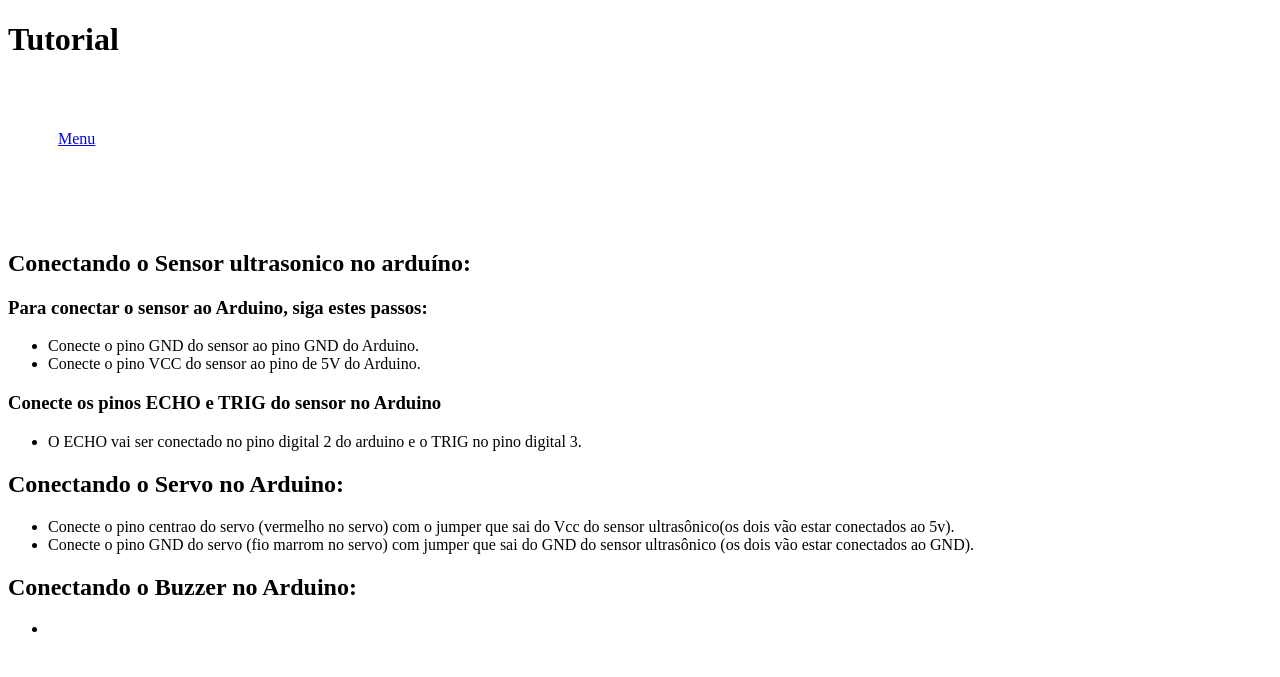
Repository: Eito2511/Site-tutorial-arduino
Page: tutorial.html
The author's editor kept a copy of each file at every save. The page is drawn from the files as they stood at one save, then again after a run of saves.
The browser window is 1280 px wide. The pictures show the whole page.

Above is the page before, as saved 2025-06-03 18:34:35.

### tutorial.html
<!DOCTYPE html>
<html lang="en">
  <head>
    <meta charset="UTF-8" />
    <meta name="viewport" content="width=device-width, initial-scale=1.0" />
    <title>Tutorial</title>
  </head>
  <body>
    <header>
      <h1 class="titulo">Tutorial</h1>
    </header>

    <section style="height: 50px; padding: 50px">
      <a href="index.html" class="btn">Menu</a>
    </section>

    <div>
      <h2>Conectando o Sensor ultrasonico no arduíno:</h1>
      <h3>Para conectar o sensor ao Arduino, siga estes passos:</h2>
      <ul>
        <li>Conecte o pino GND do sensor ao pino GND do Arduino.</li>
        <li>Conecte o pino VCC do sensor ao pino de 5V do Arduino.</li>
      </ul>
      <h3>Conecte os pinos ECHO e TRIG do sensor no Arduino</h3>
      <ul>
        <li>O ECHO vai ser conectado no pino digital 2 do arduino e o TRIG no pino digital 3.</li>
      </ul>
    </div>

    <div>
      <h2>Conectando o Servo no Arduino:</h2>
      <ul>
        <li>
          Conecte o pino centrao do servo (vermelho no servo) com o jumper
 que sai do Vcc do sensor ultrasônico(os dois vão estar conectados
 ao 5v).
        </li>
        <li>
      Conecte o pino GND do servo (fio marrom no servo) com jumper que sai
 do GND do sensor ultrasônico (os dois vão estar conectados ao GND).
        </li>
      </ul>
    </div>

  <div>
    <h2>Conectando o Buzzer no Arduino:</h2>
    <ul>
        <li>

        </li>
    </ul>
  </div>
  </body>
</html>

After the next 2 saves:
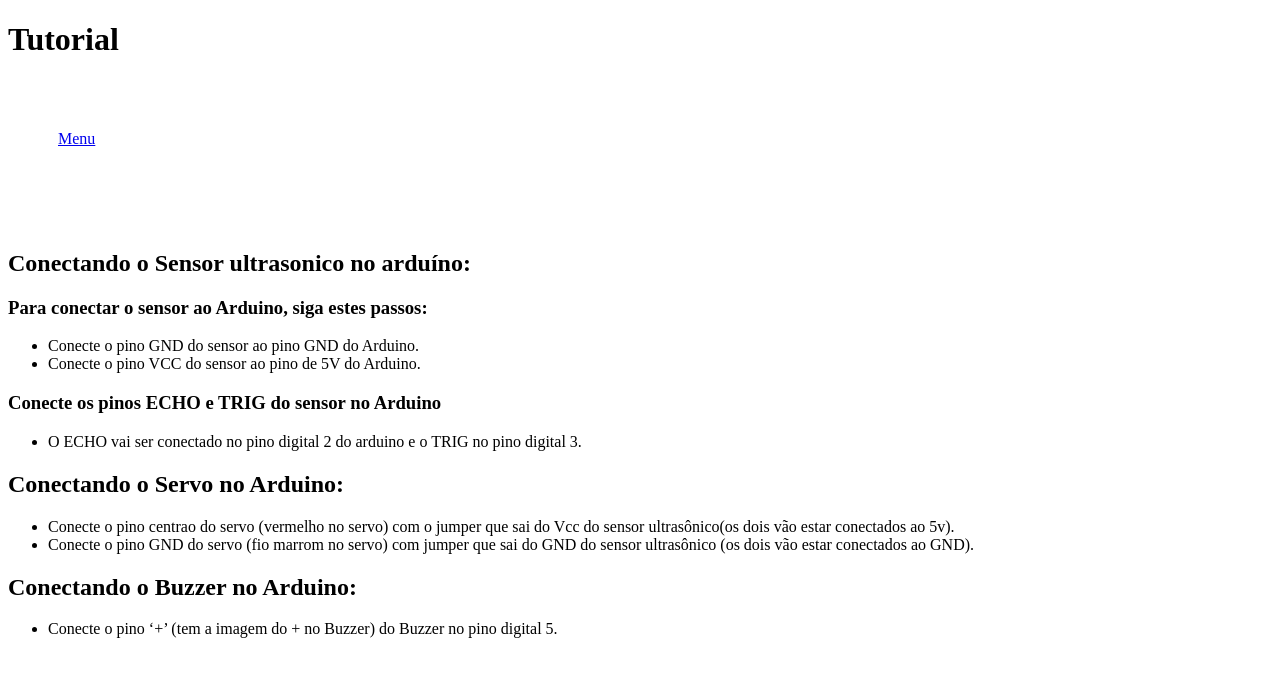
The 2 saves are shown as one change because they came seconds apart.
The last was saved 11 s later.
--- a/tutorial.html
+++ b/tutorial.html
@@ -46,7 +46,7 @@
     <h2>Conectando o Buzzer no Arduino:</h2>
     <ul>
         <li>
-
+            Conecte o pino ‘+’ (tem a imagem do + no Buzzer) do Buzzer no pino digital 5.
         </li>
     </ul>
   </div>
